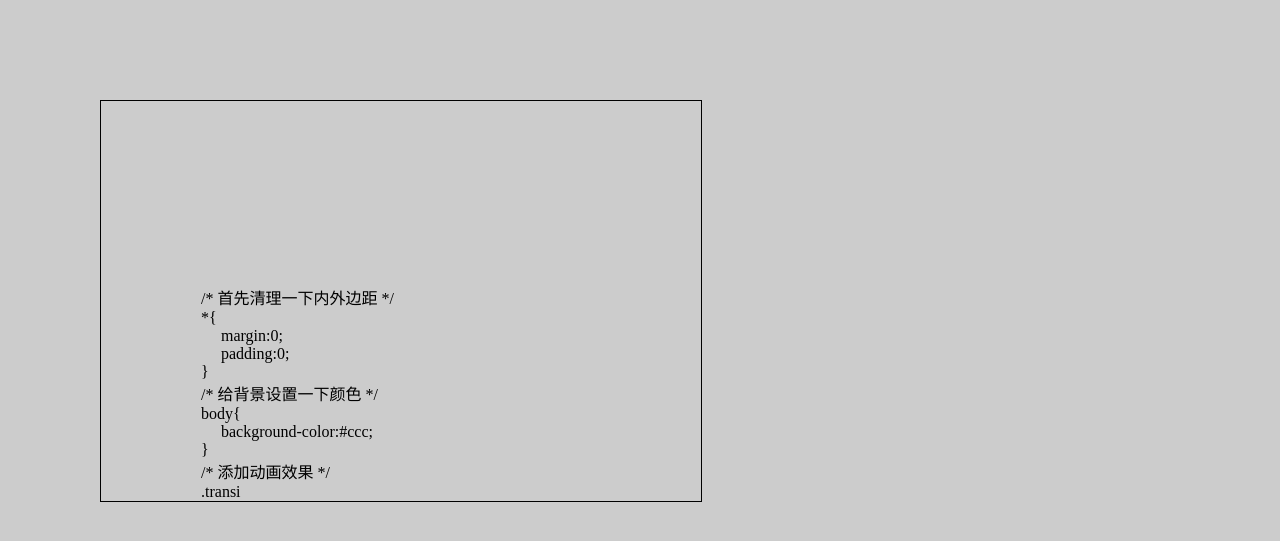
Repository: ScarApocalypse/study
Page: 一些想法/test.html
An editor plug-in stored every save of this project. The page is shown before and after the next save, followed by the edit.
The browser window is 1280 px wide. The pictures show the whole page.

Above is the page before, as saved 2019-08-02 01:23:50.

### 一些想法/test.html
<!DOCTYPE html>
<html lang="en">

<head>
    <meta charset="UTF-8">
    <meta name="viewport" content="width=device-width, initial-scale=1.0">
    <meta http-equiv="X-UA-Compatible" content="ie=edge">
    <title>Document</title>
    <style>
            #wrap{

                position: absolute;
                border:1px solid #000;
                height:400px;
                width:600px;
                left:100px;
                top:100px;
                overflow: scroll;
            }
            #show{
                position: absolute;
                left:100px;
                bottom:0;
                /* min-height:400px; */
            }
            .box1{
                position: absolute;
                left:0px;
                top:0px;
                /* z-index:-1; */
            }
            .box2{
                position: absolute;
                left:0px;
                top:0px;
                /* z-index:-1; */
            }
            .box3{
                position: absolute;
                left:0px;
                top:0px;
                /* z-index:-1; */
            }
           </style>
    <style>
        /* 首先清理一下内外边距 */
        /* 然后画一个div */
        /* 首先画一个红色的球 */
        /* 淦,感觉自己好low啊 */
        .box2{width: 100px;height: 100px;background-color:yellow;top:300px;left:300px;border-radius:50%;}
        .transition{transition:all 0.5s;}
        .box1{width:100px;height:100px;background-color:red;border-radius:50%;position:absolute;top:400px;left:400px;}
        .box1{left:600px; width:200px;height:200px;}.box2{left:900px;top:100px;width:150px;height:150px;}
    </style>

</head>

<body>
    <div id="wrap">
        <div id="show"></div>
    </div>

    <div class="box1 transition">

    </div>
    <div class="box2 transition">

    </div>
    <script>


        var show = document.getElementById('show');
        var style = document.getElementsByTagName('style')[1];
        console.log(style);
        var reg = /[{};]/;
        var str = '/* 首先清理一下内外边距 */*{margin:0;padding:0;}/* 给背景设置一下颜色 */body{background-color:#ccc;}/* 添加动画效果 */.transition{transition:all 0.5s;}/* 首先画一个红色的球 */.box1{width:100px;height:100px;background-color:red;border-radius:50%;position:absolute;top:400px;left:400px;}/* 然后画一个黄色的球 */.box2{width: 100px;height: 100px;background-color:yellow;top:300px;left:300px;border-radius:50%;}/* 淦,感觉自己好low啊 */.box1{left:600px; width:200px;height:200px;}.box2{left:900px;top:100px;width:150px;height:150px;}';
        var styleStr = '';
        var showStr = '';
        // var chat="1";
        var length = str.length;
        var strIndex = 0;
        var timeOut = setInterval(() => {
            if (strIndex == length - 1) {
                console.log(showStr);
                clearInterval(timeOut);

            }
            styleStr += [str[strIndex]];
            showStr += [str[strIndex]];
            if (reg.test(str[strIndex])) {
                showStr += '<br>';
                if ((str[strIndex + 1] != '}') &&(str[strIndex + 1] != '.')&&(str[strIndex + 1]!='/')) {
                    showStr += '&nbsp;&nbsp;&nbsp;&nbsp;&nbsp;'
                }
            }
            if(str[strIndex]=='/'&&str[strIndex-1]=='*'){
                showStr+='<br>';
            }
            // console.log(showStr);
            show.innerHTML = showStr;
            style.innerHTML=styleStr;


            strIndex++;
        }, 50);
    </script>
</body>

</html>

After the next save:
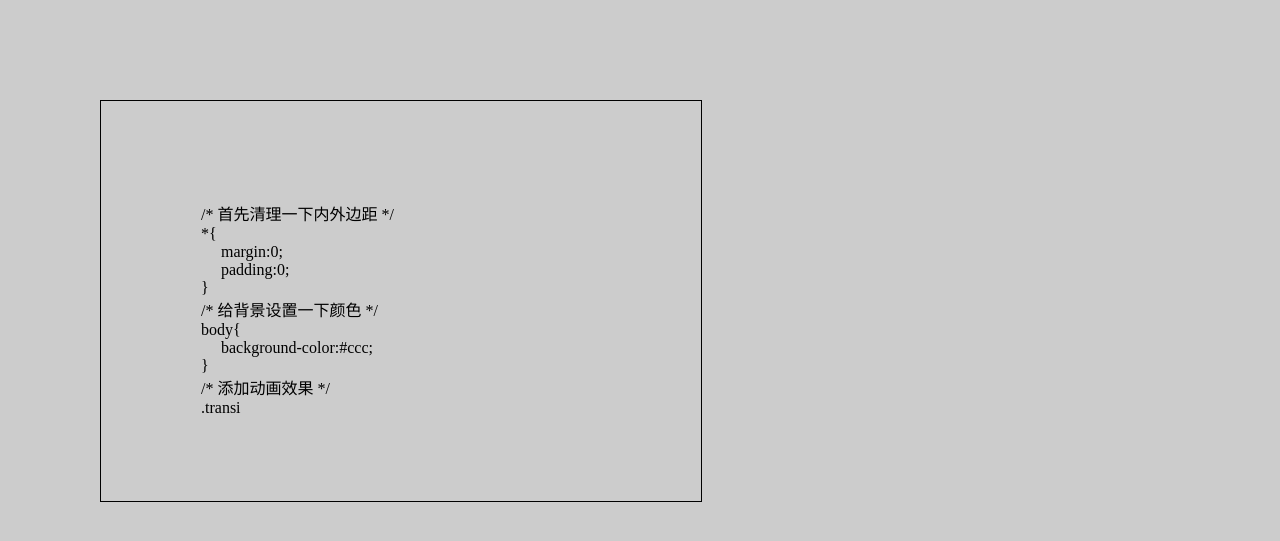
Saved 7 s later.
--- a/一些想法/test.html
+++ b/一些想法/test.html
@@ -21,7 +21,7 @@
                 position: absolute;
                 left:100px;
                 bottom:0;
-                /* min-height:400px; */
+                min-height:300px;
             }
             .box1{
                 position: absolute;
